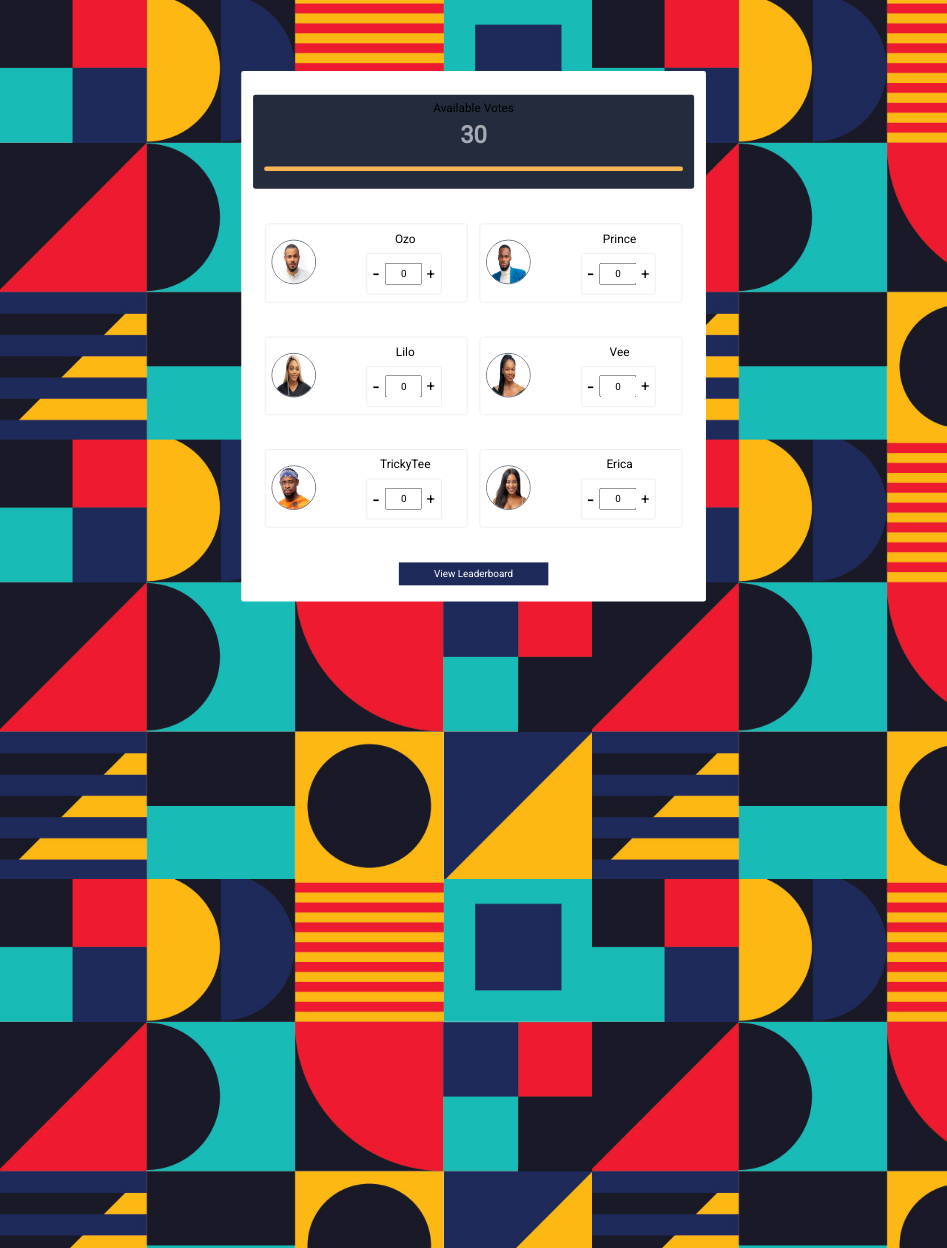
Repository: Eredun/bbn-voting
Page: index.html
These files come from the project's save history. The page is drawn as it stood at one moment and after the next save; the edit follows.
The browser window is 1280 px wide. The pictures show the whole page, at 74% of full size.

Above is the page before, as saved 2020-08-22 10:34:02.

### index.html
<!DOCTYPE html>
<html lang="en">
  <head>
    <meta charset="UTF-8" />
    <meta name="viewport" content="width=device-width, initial-scale=1.0" />
    <title>Bbn voting system</title>
    <link rel="stylesheet" href="./style.css" />
    <link
      href="https://fonts.googleapis.com/css2?family=Roboto&display=swap"
      rel="stylesheet"
    />
  </head>
  <body>
    <div class="container">
      <div class="card">
        <div class="panel">
          <span>Available Votes</span>
          <h1 class="total-marks"></h1>
          <div class="progressbar">
            <div class="progress"></div>
          </div>
        </div>
        <div class="user-card">
          <div class="user">
            <div class="user-img">
              <img src="./img/Ozo.jpg" alt="Ozo">
            </div>
            <div class="user-info">
              <span class="username">Ozo</span>
              <div class="vote-container">
                <button class="minus">-</button>
                <!-- <span class="votes">0</span> -->
                <input type="tel" name="votes" class="votes" value="0">
                <button class="plus">+</button>
              </div>
            </div>
          </div>
          <div class="user">
            <div class="user-img">
              <img src="./img/Prince.jpg" alt="Prince">
            </div>
            <div class="user-info">
              <span class="username">Prince</span>
              <div class="vote-container">
                <button class="minus">-</button>
                <!-- <span class="votes">0</span> -->
                <input type="tel" name="votes" class="votes" value="0">
                <button class="plus">+</button>
              </div>
            </div>
          </div>
          <div class="user">
            <div class="user-img">
              <img src="./img/Lilo.jpg" alt="Lilo">
            </div>
            <div class="user-info">
              <span class="username">Lilo</span>
              <div class="vote-container">
                <button class="minus">-</button>
                <!-- <span class="votes">0</span> -->
                <input type="tel" name="votes" class="votes" value="0">
                <button class="plus">+</button>
              </div>
            </div>
          </div>
          <div class="user">
            <div class="user-img">
              <img src="./img/Vee.jpg" alt="Vee">
            </div>
            <div class="user-info">
              <span class="username">Vee</span>
              <div class="vote-container">
                <button class="minus">-</button>
                <!-- <span class="votes">0</span> -->
                <input type="tel" name="votes" class="votes" value="0">
                <button class="plus">+</button>
              </div>
            </div>
          </div>
          <div class="user">
            <div class="user-img">
              <img src="./img/TrikyTee.jpg" alt="Tricky" />
            </div>
            <div class="user-info">
              <span class="username">TrickyTee</span>
              <div class="vote-container">
                <button class="minus">-</button>
                <!-- <span class="votes">0</span> -->
                <input type="tel" name="votes" class="votes" value="0">
                <button class="plus">+</button>
              </div>
            </div>
          </div>
          <div class="user">
            <div class="user-img">
              <img src="./img/Erica.jpg" alt="" />
            </div>
            <div class="user-info">
              <span class="username">Erica</span>
              <div class="vote-container">
                <button class="minus">-</button>
                <!-- <span class="votes">0</span> -->
                <input type="tel" name="votes" class="votes" value="0">
                <button class="plus">+</button>
              </div>
            </div>
          </div>
        </div>

        <div class="redirect">
          <button class="view">View Leaderboard</button>
          <span class="error"></span>
        </div>
      </div>
      <div class="leaderboard">
        <div class="card">
          <h2>Leaderboard</h2>

          <div class="user-info">
            <div class="user">
              <div class="user-img">
                <img src="" alt="" />
              </div>
              <div class="user-text">
                <p class="username"></p>
                <div class="marks">
                  <span></span>
                </div>
              </div>
            </div>
            <div class="user">
              <div class="user-img">
                <img src="" alt="" />
              </div>
              <div class="user-text">
                <p class="username"></p>
                <div class="marks">
                  <span></span>
                </div>
              </div>
            </div>
            <div class="user">
              <div class="user-img">
                <img src="" alt="" />
              </div>
              <div class="user-text">
                <p class="username"></p>
                <div class="marks">
                  <span></span>
                </div>
              </div>
            </div>
            <div class="user">
              <div class="user-img">
                <img src="" alt="" />
              </div>
              <div class="user-text">
                <p class="username"></p>
                <div class="marks">
                  <span></span>
                </div>
              </div>
            </div>
            <div class="user">
              <div class="user-img">
                <img src="" alt="" />
              </div>
              <div class="user-text">
                <p class="username"></p>
                <div class="marks">
                  <span></span>
                </div>
              </div>
            </div>
            <div class="user">
              <div class="user-img">
                <img src="" alt="" />
              </div>
              <div class="user-text">
                <p class="username"></p>
                <div class="marks">
                  <span></span>
                </div>
              </div>
            </div>
          </div>
          <div class="redirect">
            <button class="back">Back To Vote</button>
            <div class="userEviction">
              <p></p>
            </div>
          </div>
        </div>
      </div>
    </div>
    <script src="./app.js"></script>
  </body>
</html>

### style.css
* {
    padding: 0;
    margin: 0;
    box-sizing: border-box;
    outline-style: none;
    font-family: 'Roboto', sans-serif;
}

body {
    background: url("./img/image.png");
    width: 100%;
    background-repeat: repeat;
}

span, p {
    font-size: 16px !important;
}

button {
    cursor: pointer;
}

.container {
    width: 98%;
    margin: 0 auto;
    overflow: hidden;
}

.card {
    height: auto;
    width: 50%;
    background: #fff;
    border-radius: .2rem;
    padding: 16px 16px 6.4px 16px;
    margin: 96px auto;
}

.panel {
    padding: .5rem 0;
    margin: 1rem auto;
    background: #232B3D;
    border-radius: .2rem;
    text-align: center;
}

.votes {
    /* color: ; */
    display: block;
    margin: 10px 0;
    width: 50px;
    height: 30px;
    font-weight: 500;
    text-align: center;
}

.panel h1 {
    color: #fff;
    opacity: 60%;
    padding: .5rem 0;
}

.panel .progressbar {
    width: 95%;
    height: .4rem;
    margin: 1rem auto;
    background: #3B4558;
    border-radius: 1.5rem;
}

.progressbar .progress {
    width: 100%;
    height: 100%;
    background: #F7B354;
    border-radius: inherit;
    box-shadow: 0px, 4px rgba(0, 0, 0, 0.25);
    transition: width linear .4s;
}

/* User card styling */

.user {
    border: 1px solid rgb(233, 233, 233);
    height: auto;
    border-radius: 4px;
    display: flex;
    margin: 15px 0;
}

.user-card {
    width: 100%;
    padding: 1rem;
    display: grid;
    grid-template-columns: repeat(2, 1fr);
    grid-gap: 1rem;
}



.user .user-img {
    width: 50%;

    padding: .5rem;
}

.user-img img {
    display: block;
    height: 60px;
    width: 60px;
    border: 1px solid #3B4558;
    border-radius: 50%;
    margin-top: 13px;
}

.user-info {
    display: flex;
    align-items: center;
    justify-content: center;
    flex-direction: column;
}

/* .user-info span {
    font-size: 2rem;
    display: block;
} */

.username {
    font-size: 20px;
    margin: 10px 0;
}

.vote-container {
    border: 1px solid rgb(233, 233, 233);
    display: flex;
    align-items: center;
    align-content: center;
    justify-content: space-between;
    border-radius: .2rem;
    padding: .1rem .5rem;
    margin: 0 .2rem 10px 0;
}

.vote-container button {
    border: none;
    background: none;
    /* margin: 0 .4rem; */
}

.plus {
    font-size: 20px;
    margin-left: 6px;

}

 .minus {
    font-size: 30px;
    margin-right: 8px;
}

.redirect {
    margin: 1rem auto;
    text-align: center;
}

.redirect button {
    border: none;
    color: #fff;
    background: #1E2A5A;
    padding: .5rem 3rem;
}

.redirect span {
    font-size: .6rem !important;
    display: block;
    margin: .5rem 0;
    color: red;
    font-weight: 500;
}

/* Leaderboard Styling */

.leaderboard {
    width: 50%;
    background: rgba(51, 51, 51, 0.644);
    border-radius: .2rem;
    padding: 1rem 1rem .4rem 1rem;
    /* position: fixed;
    top: 0;
    left: 0;
    right: 0;
    bottom: 0; */
    width: 100%;
    height: 100%;
    opacity: 0;
    pointer-events: none;
    transition: all linear .4s;
}

.leaderboard h2 {
    text-align: center;
    color: #26282c;
    font-size: 1rem;
    margin: 2rem auto;
}

.leaderboard .user-info {
    display: grid;
    grid-template-columns: repeat(2, 1fr);
    grid-gap: 1rem;
}

.leaderboard .user-info .user {
    border-radius: none !important;
    display: flex;
    align-items: center;
    justify-content: space-between;
    padding: 0 .5rem;
}

.leaderboard p {
    font-size: 13px !important;
    padding: 0 .2rem;
}

.leaderboard .user-text {
    display: flex;
    align-items: center;
}

.leaderboard .marks {
    height: 2rem;
    width: 2rem;
    background: #1E2A5A;
    border-radius: 50%;
    text-align: center;
}

.marks span {
    display: block;
    line-height: 30px;
    color: white;
}

.leaderboard .userEviction p {
    margin: 1rem 0;
    color: #18BBB6;
    font-size: 13px !important;
    font-weight: 500;
}

/* Media queries */


@media (max-width:998px){
    .input-votes{
        width: 80%;
        display: flex;
        flex-direction: column;
    }

    .input-votes button{
        width: 98%;
        margin: .4rem auto;
    }
}
@media(max-width:790px) {
    p, span {
        font-size: 12px !important;
    }
    .user-card {
        display: block;
        margin: 1rem 0;
    }
  .user-card  .user {
        align-items: center;
        justify-content: space-between;
        padding: .5rem 2rem;
    }
    .user-text .username{
       padding: 0 .6rem;
    }
    .container .card{
        width: 95% !important;
    }
    .user {
        margin: 1rem 0;
    }
    .leaderboard .user-info {
        display: block;
    }
}



@media (max-width:460px){
    .input-votes{
        width: 100%;
    }
}

### app.js


const getContestants = () => {
  const strHousemates = localStorage.getItem('housemates');

  if (!strHousemates) {
    return [];
  } else {
    return JSON.parse(strHousemates);
  }
}
// const newContestants = getContestants();




let housemates = [
  {
    name: 'Ozo',
    votes: 0,
  },
  {
    name: 'Prince',
    votes: 0
  },
  {
    name: 'Lilo',
    votes: 0
  },
  {
    name: 'Vee',
    votes: 0
  },
  {
    name: 'TrickyTee',
    votes: 0
  },
  {
    name: 'Erica',
    votes: 0
  }
];

let votes = 30;
let totalVotes = 30

const minusBtn = document.querySelectorAll(".minus");
const addBtn = document.querySelectorAll(".plus");
const inputVotes = document.querySelectorAll(".votes");
const progressBar = document.querySelector('.progress');
const btn = document.querySelector('.view');
console.log(inputVotes);

let votesCounter = (document.querySelector(".total-marks"));
votesCounter.textContent = votes

console.log(votesCounter);

const subTotalVotes = () => {
  if (votes === 0) {
    votes = 0;
  } else {
    votes -= 1;
  }
  votesCounter.textContent = votes;

};

const subVotes = () => {
  votes -= 1
  votesCounter.textContent = votes;
}

const addVotes = () => {
  votes += 1;
  votesCounter.textContent = votes;
}


for (let i = 0; i < addBtn.length; i++) {
  addBtn[i].addEventListener('click', e => {
    if (votes === 0) {
      inputVotes[i].value = inputVotes[i].value;
    } else if (votes < 1) {
      console.log(housemates);
    }
    else {
      // console.log('Hello');
      subVotes();
      inputVotes[i].value++;
      let calc = 100 - ((totalVotes - votes) / totalVotes * 100);
      // console.log(calc);
      progressBar.style.width = `${calc}%`;
      housemates[i].votes = parseInt(inputVotes[i].value);
      localStorage.setItem('housemates', JSON.stringify(housemates));
    }
  })
}


for (let i = 0; i < minusBtn.length; i++) {
  minusBtn[i].addEventListener('click', e => {
    if (parseInt(inputVotes[i].value) === 0) {
      inputVotes[i].value = 0
      // console.log(inputVotes[i].value);
    } else {
      addVotes();
      inputVotes[i].value--
      let calc = 100 - ((totalVotes - votes) / totalVotes * 100);
      // console.log(calc);
      progressBar.style.width = `${calc}%`;
      housemates[i].votes = parseInt(inputVotes[i].value);
    }
    // console.log(housemates);
  })
}

btn.addEventListener('click', e => {
  if (votesCounter.textContent <= 0) {
    let newContestants = getContestants();
    console.log(newContestants);
  } else {

  }
})












































// class System {
//   constructor() {
//     this.votes = 30;
//     this.totalVotes = 30
//     this.remainingVotes = this.totalVotes - this.votes;
//     this.minusBtn = document.querySelectorAll(".minus");
//     this.addBtn = document.querySelectorAll(".plus");
//     this.inputVotes = document.querySelectorAll(".votes");
//     this.progressBar = document.querySelector('.progress');
//     this.votesCounter = (document.querySelector(".total-marks"));
//     votesCounter.textContent = votes;
//     this.housemates = [
//       {
//         name: 'Ozo',
//         votes: 0,
//       },
//       {
//         name: 'Prince',
//         votes: 0
//       },
//       {
//         name: 'Lilo',
//         votes: 0
//       },
//       {
//         name: 'Vee',
//         votes: 0
//       },
//       {
//         name: 'TrickyTee',
//         votes: 0
//       },
//       {
//         name: 'Erica',
//         votes: 0
//       }
//     ];
//   }
//   subTotalVotes() {
//     if (this.votes === 0) {
//       this.votes = 0;
//     } else {
//       this.votes -= 1;
//     }
//     votesCounter.textContent = this.votes;
//   };
//   subVotes() {
//     if (votes === 0) {
//       this.votes = 0
//     } else {
//       this.votes -= 1
//       console.log(this.votes);
//     }
//     votesCounter.textContent = this.votes;
//   }
//   getVoteIncrement() {
//     for (let i = 0; i < addBtn.length; i++) {
//       this.addBtn[i].addEventListener('click', e => {
//         if (this.votes === 0) {
//           this.inputVotes[i].value = this.inputVotes[i].value;
//           console.log(this.housemates);
//         } else {
//           console.log('Hello');
//           this.subVotes();
//           console.log('New votes:', this.votes);
//           this.inputVotes[i].value++;
//           let calc = 100 - (this.totalVotes - this.votes)/this.totalVotes * 100;
//           console.log(calc);
//           console.log('remain: ', this.remainingVotes);
//           progressBar.style.width = `${calc}%`;
//           this.housemates[i].votes = parseInt(this.inputVotes[i].value);
//           localStorage.setItem('housemates', JSON.stringify(this.housemates));

//           console.log(this.housemates);
//         }
//       })
//     }
//     return this.housemates;
//   }
// }

// window.addEventListener('DOMContentLoaded', e => {

//   const voteSystem = new System();
//   console.log(voteSystem.getVoteIncrement());
//   console.log(voteSystem.housemates);


// })
// window.addEventListener('click', e => {
//   voteS = new System();

After the next save:
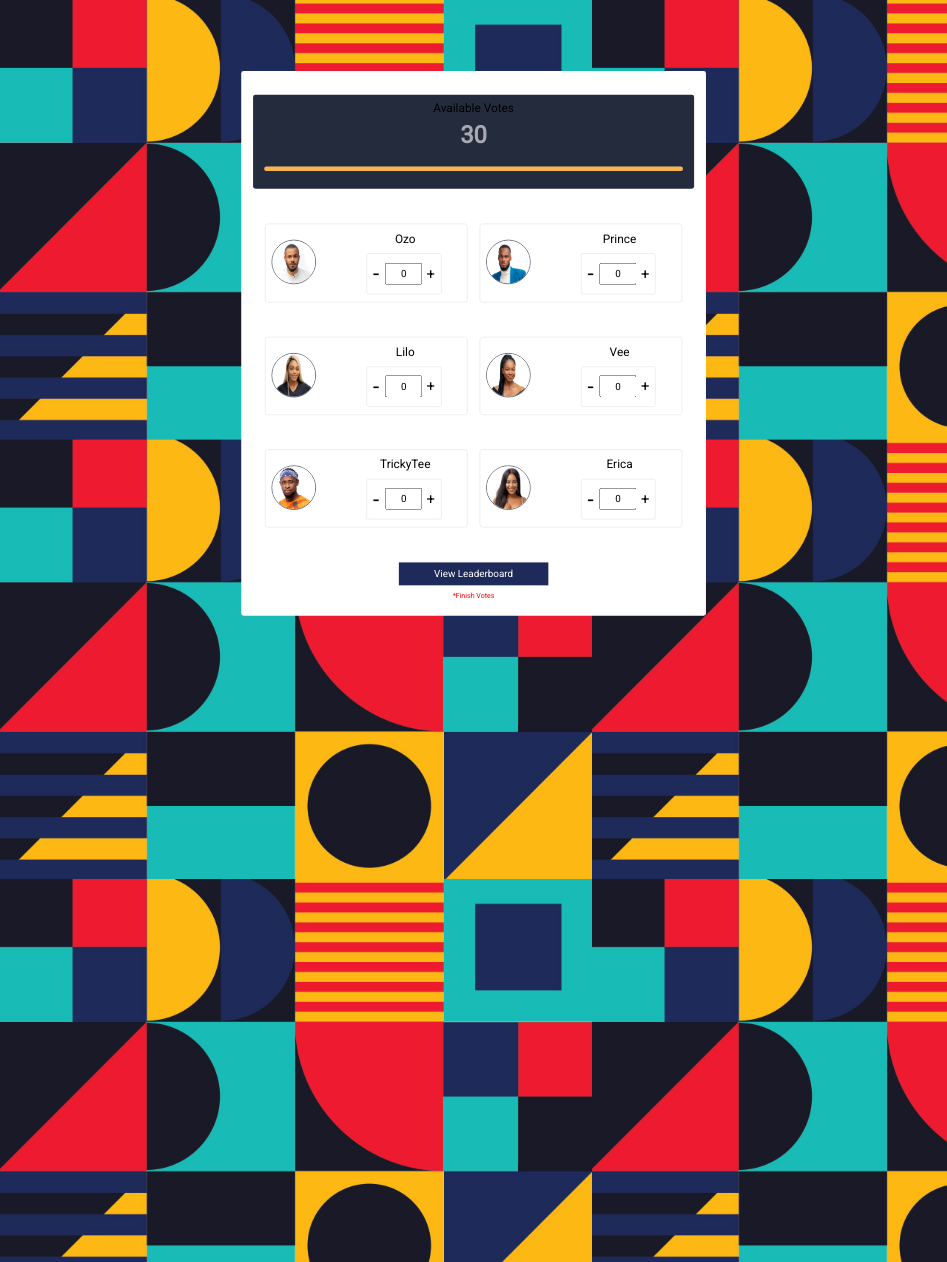
Saved 27 s later.
--- a/index.html
+++ b/index.html
@@ -109,7 +109,7 @@
 
         <div class="redirect">
           <button class="view">View Leaderboard</button>
-          <span class="error"></span>
+          <span class="error">*Finish Votes</span>
         </div>
       </div>
       <div class="leaderboard">
